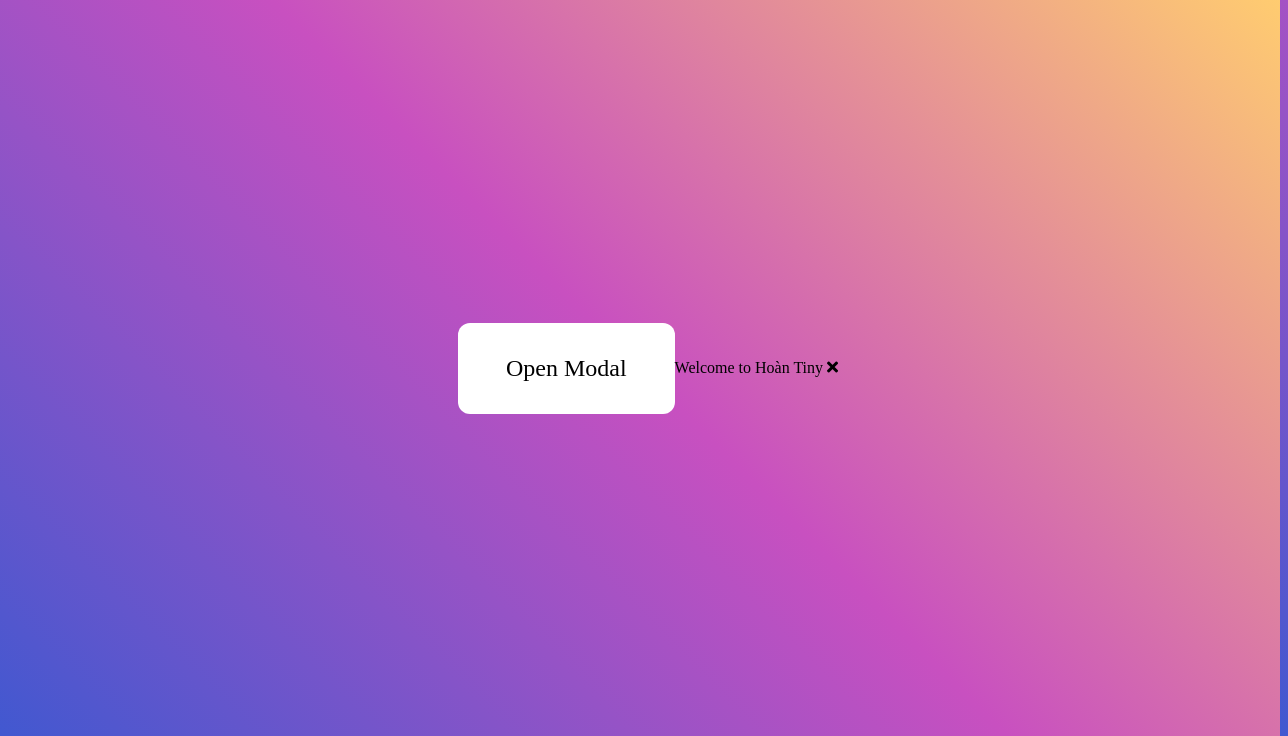
Repository: HoanTiny/30projects-30day
Page: Day 3/index.html
The author's editor kept a copy of each file at every save. The page is drawn from the files as they stood at one save, then again after the next save.
The browser window is 1280 px wide. The page is 1288 px wide, so the pictures cover 1288 px, including what lies to the right of the window. The pictures show the whole page.
Some web libraries are served in a nearby version.

Above is the page before, as saved 2021-12-01 15:52:20.

After the next save:
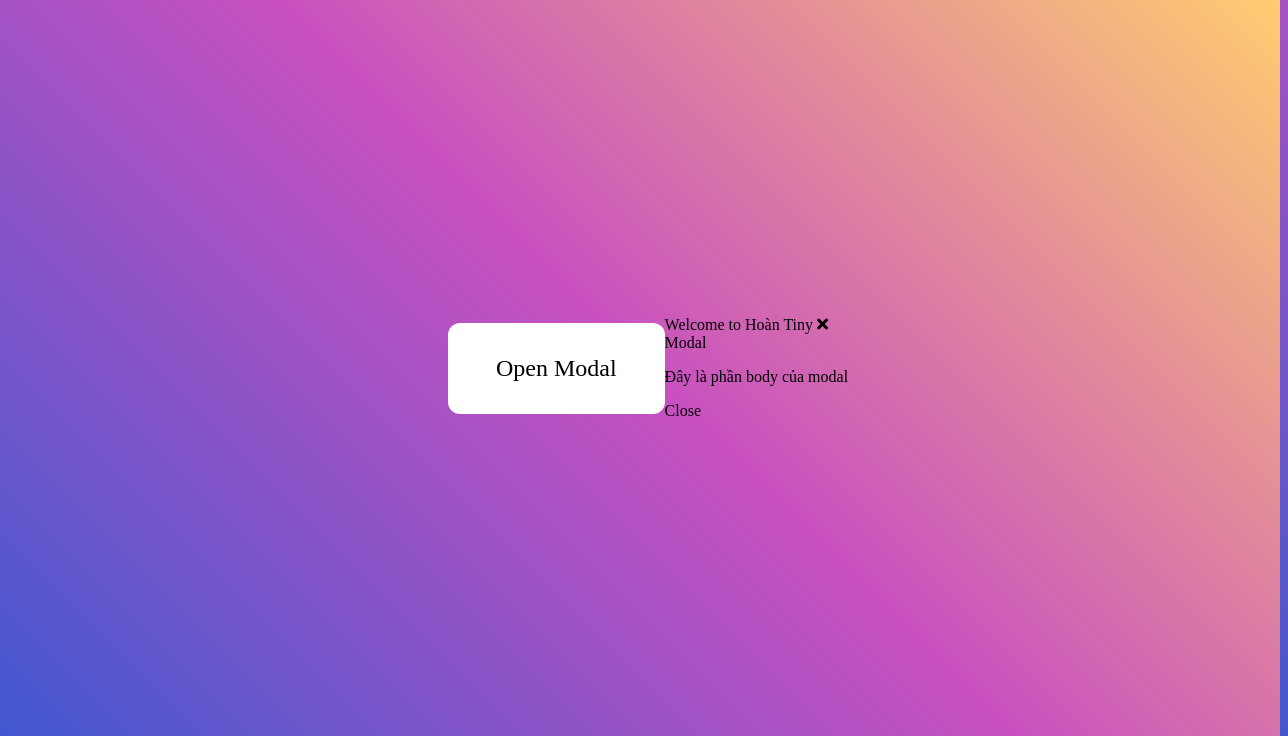
Saved 80 s later.
--- a/Day 3/index.html
+++ b/Day 3/index.html
@@ -19,8 +19,13 @@
             <div class="container">
                 <div class="header-modal">
                     <span>Welcome to Hoàn Tiny</span>
-                    <i class="fas fa-times"></i>
+                    <i class="fas fa-times icon-close"></i>
                 </div>
+                <div class="body-modal">
+                    <span class="heading">Modal</span>
+                    <p>Đây là phần body của modal</p>
+                </div>
+                <div class="btn-close">Close</div>
             </div>
         </div>
         <script src="./js.js"></script>
